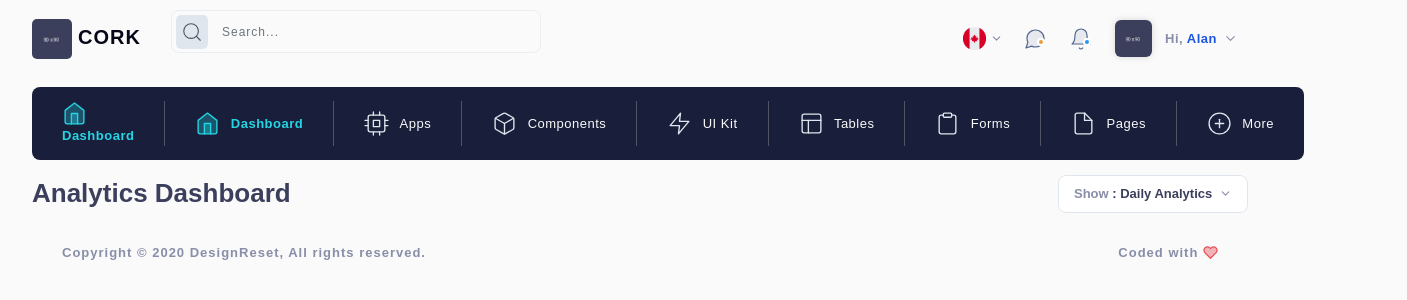
Repository: maruti-1607/corkadmin
Page: resources/views/layouts/admin.blade.php
The author's editor kept a copy of each file at every save. The page is drawn from the files as they stood at one save, then again after the next save.
The browser window is 1280 px wide. The page is 1407 px wide, then 1280 px, so the pictures cover 1407 px, including what lies to the right of the window. The pictures show the whole page.
Some web fonts or font styles are not loaded; a fallback is used. The page is served by the project's Laravel application, run on PHP 8.4 with Laravel 8. Style sheets and scripts are compiled from the project's sources, by tool versions that may differ from the author's. The template is opened directly, without the code that normally fills it, so the values that code supplies are empty.

Above is the page before, as saved 2020-04-03 09:33:33.

After the next save:
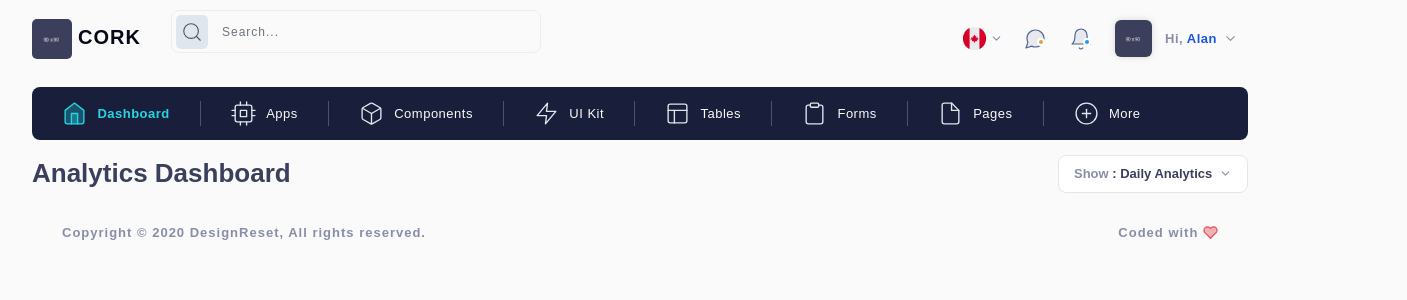
Saved 16 s later.
--- a/resources/views/partials/admin/menu.blade.php
+++ b/resources/views/partials/admin/menu.blade.php
@@ -22,23 +22,7 @@
 
                 </a>
             </li>
-            <li class="menu single-menu active">
-                <a href="#dashboard" data-toggle="collapse" aria-expanded="true" class="dropdown-toggle autodroprown">
-                    <div class="">
-                        <svg xmlns="http://www.w3.org/2000/svg" width="24" height="24" viewBox="0 0 24 24" fill="none" stroke="currentColor" stroke-width="2" stroke-linecap="round" stroke-linejoin="round" class="feather feather-home"><path d="M3 9l9-7 9 7v11a2 2 0 0 1-2 2H5a2 2 0 0 1-2-2z"></path><polyline points="9 22 9 12 15 12 15 22"></polyline></svg>
-                        <span>Dashboard</span>
-                    </div>
-                    <svg xmlns="http://www.w3.org/2000/svg" width="24" height="24" viewBox="0 0 24 24" fill="none" stroke="currentColor" stroke-width="2" stroke-linecap="round" stroke-linejoin="round" class="feather feather-chevron-down"><polyline points="6 9 12 15 18 9"></polyline></svg>
-                </a>
-                <ul class="collapse submenu list-unstyled" id="dashboard" data-parent="#topAccordion">
-                    <li class="active">
-                        <a href="index.html"> Analytics </a>
-                    </li>
-                    <li>
-                        <a href="index2.html"> Sales </a>
-                    </li>
-                </ul>
-            </li>
+
 
             <li class="menu single-menu">
                 <a href="#app" data-toggle="collapse" aria-expanded="false" class="dropdown-toggle">
